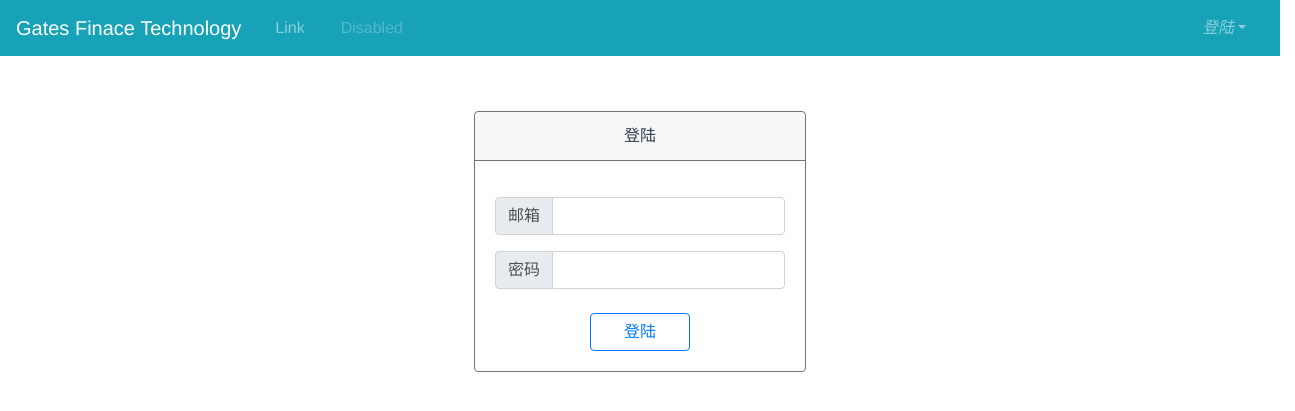
Repository: sqsssq/GatesFinace
Page: /login (app in webview/)
The author's editor kept a copy of each file at every save. The page is drawn from the files as they stood at one save, then again after the next save.
The browser window is 1280 px wide. The page is 1295 px wide, so the pictures cover 1295 px, including what lies to the right of the window. The pictures show the whole page.
The project was rebuilt for these pictures with package versions that can differ from the ones it lists, and the page was loaded fresh each time. Also part of the build but not shown: webview/src/components/Global.vue, webview/src/components/HelloWorld.vue, webview/src/views/Home.vue, webview/src/components/gatesCarousel.vue, webview/src/views/main.vue.

Above is the page before, as saved 2020-11-03 17:48:24.

After the next save:
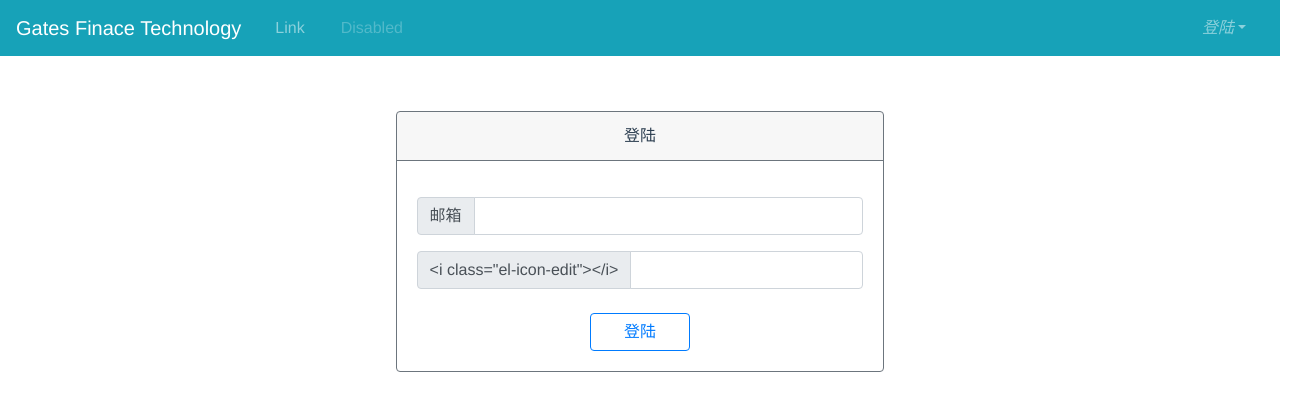
Saved 3 min 12 s later.
--- a/webview/src/components/gatesLogin.vue
+++ b/webview/src/components/gatesLogin.vue
@@ -22,7 +22,7 @@
         <b-form-input v-model="loginData.username"></b-form-input>
       </b-input-group>
       <b-input-group
-        prepend="密码"
+        prepend='<i class="el-icon-edit"></i>'
         class="mt-3"
       >
         <b-form-input v-model="loginData.password" type="password"></b-form-input>

After the save that followed:
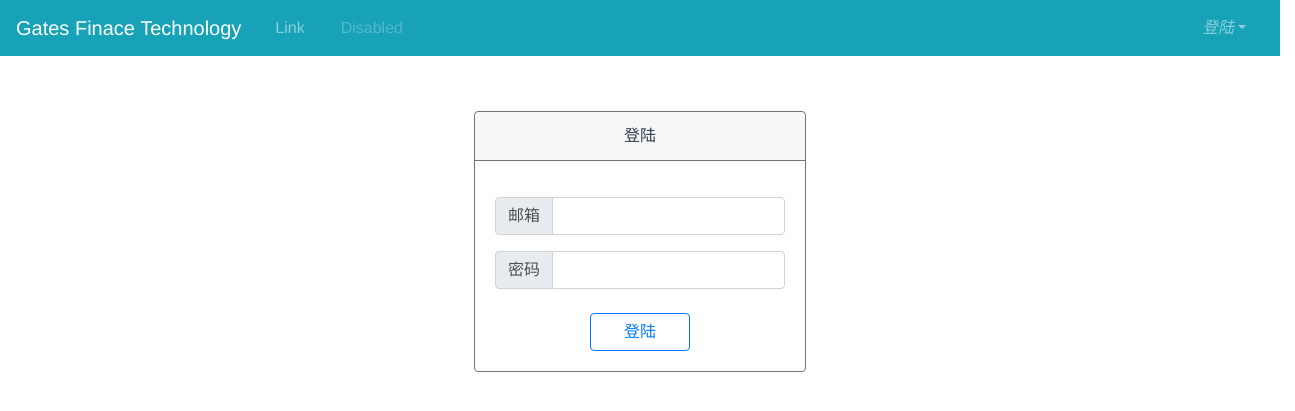
Saved 7 s later.
--- a/webview/src/components/gatesLogin.vue
+++ b/webview/src/components/gatesLogin.vue
@@ -22,7 +22,7 @@
         <b-form-input v-model="loginData.username"></b-form-input>
       </b-input-group>
       <b-input-group
-        prepend='<i class="el-icon-edit"></i>'
+        prepend="密码"
         class="mt-3"
       >
         <b-form-input v-model="loginData.password" type="password"></b-form-input>
